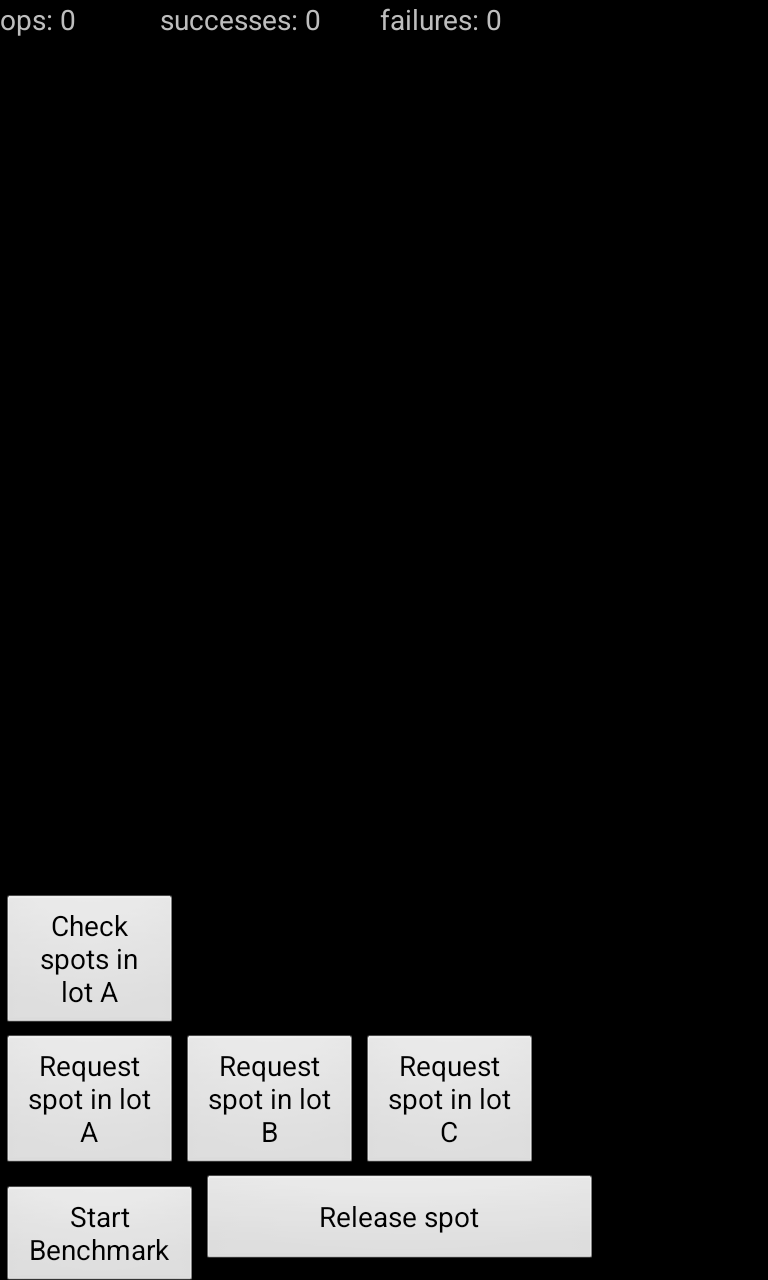
Repository: jasongao/csmcode
Layout: current/workspace/SMCloud/res/layout/main.xml
An editor plug-in stored every save of this project. The layout is shown before and after a run of saves, followed by the edit.
It is drawn on a 768 x 1280 px phone screen (xhdpi) without system bars, with theme android:Theme; the app's code is not run. Lists and similar views that code fills are empty.

Above is the layout before, as saved 2011-07-14 16:16:36.

### current/workspace/SMCloud/res/layout/main.xml
<?xml version="1.0" encoding="utf-8"?>
<LinearLayout xmlns:android="http://schemas.android.com/apk/res/android"
	android:orientation="vertical" android:layout_width="fill_parent"
	android:layout_height="fill_parent">

	<LinearLayout android:layout_width="match_parent"
		android:layout_height="wrap_content" android:id="@+id/CountInfoLayout">
		<TextView android:text="ops: 0" android:layout_height="wrap_content"
			android:id="@+id/opcount_tv" android:layout_width="80dip"></TextView>
		<TextView android:text="successes: 0" android:layout_height="wrap_content"
			android:id="@+id/successcount_tv" android:layout_width="110dip"></TextView>
		<TextView android:text="failures: 0" android:layout_height="wrap_content"
			android:id="@+id/failurecount_tv" android:layout_width="90dip"></TextView>
	</LinearLayout>

	<ListView android:id="@+id/msgList" android:layout_width="fill_parent"
		android:layout_height="fill_parent" android:stackFromBottom="true"
		android:transcriptMode="alwaysScroll" android:layout_weight="1">
	</ListView>

	<LinearLayout android:layout_width="fill_parent"
		android:orientation="horizontal" android:layout_height="wrap_content"
		android:id="@+id/CheckSpotLayout">
		<Button android:layout_height="wrap_content"
	android:layout_width="90dip" android:text="Check spots in lot A"
	android:id="@+id/readparkingA_button"></Button>
	</LinearLayout>

	<LinearLayout android:layout_width="fill_parent"
		android:orientation="horizontal" android:layout_height="wrap_content"
		android:id="@+id/RequestSpotLayout">
		<Button android:layout_height="wrap_content"
			android:layout_width="90dip" android:text="Request spot in lot A"
			android:id="@+id/requestparkingA_button"></Button>
		<Button android:layout_height="wrap_content"
			android:layout_width="90dip" android:text="Request spot in lot B"
			android:id="@+id/requestparkingB_button"></Button>
		<Button android:layout_height="wrap_content"
			android:layout_width="90dip" android:text="Request spot in lot C"
			android:id="@+id/requestparkingC_button"></Button>
	</LinearLayout>

	<LinearLayout android:layout_width="fill_parent"
		android:orientation="horizontal" android:layout_height="wrap_content"
		android:id="@+id/RequestLayout">
		<Button android:layout_height="wrap_content"
			android:layout_width="100dip" android:text="Start Benchmark"
			android:id="@+id/testcsm_button"></Button>
		<Button android:layout_height="wrap_content"
			android:layout_width="200dip" android:text="Release spot"
			android:id="@+id/releaseparking_button"></Button>
	</LinearLayout>

</LinearLayout>

After the next 3 saves:
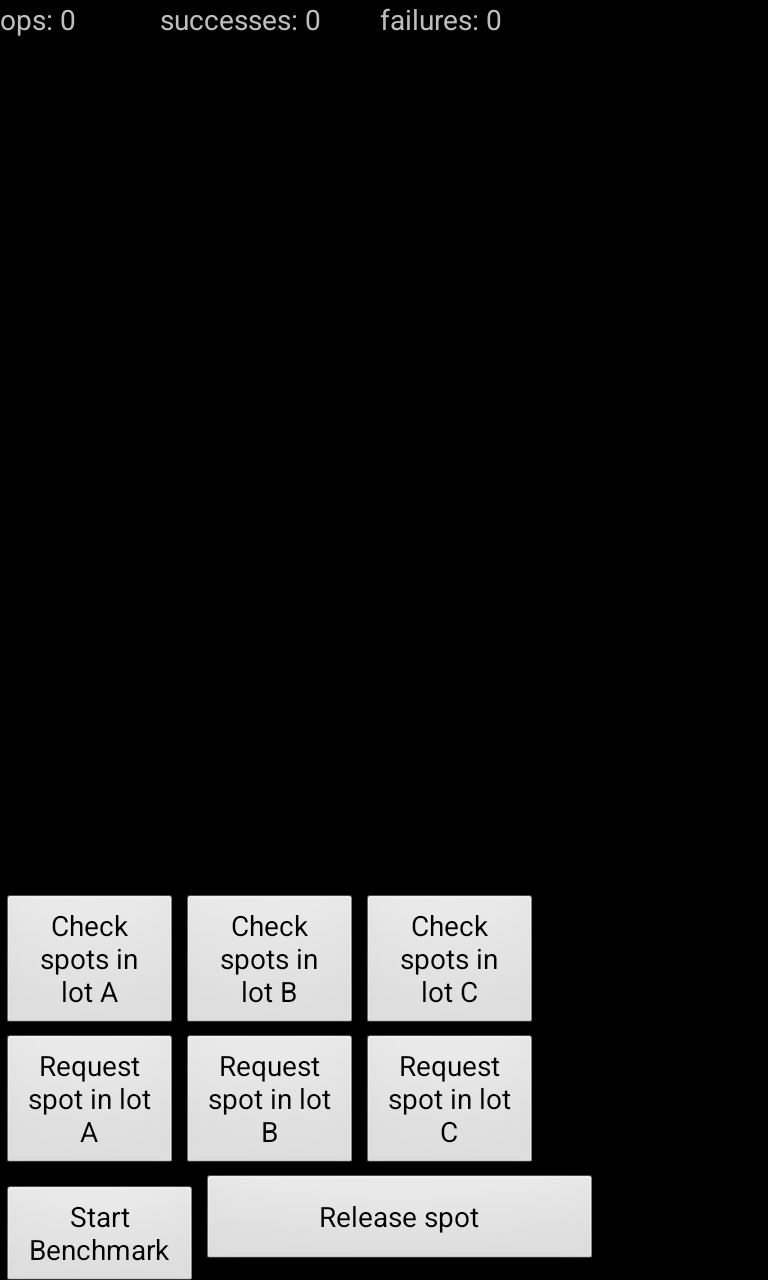
The 3 saves are shown as one change because they came seconds apart.
The last was saved 14 s later.
--- a/current/workspace/SMCloud/res/layout/main.xml
+++ b/current/workspace/SMCloud/res/layout/main.xml
@@ -22,8 +22,14 @@
 		android:orientation="horizontal" android:layout_height="wrap_content"
 		android:id="@+id/CheckSpotLayout">
 		<Button android:layout_height="wrap_content"
-	android:layout_width="90dip" android:text="Check spots in lot A"
-	android:id="@+id/readparkingA_button"></Button>
+			android:layout_width="90dip" android:text="Check spots in lot A"
+			android:id="@+id/readparkingA_button"></Button>
+		<Button android:layout_height="wrap_content"
+			android:layout_width="90dip" android:text="Check spots in lot B"
+			android:id="@+id/readparkingB_button"></Button>
+		<Button android:layout_height="wrap_content"
+			android:layout_width="90dip" android:text="Check spots in lot C"
+			android:id="@+id/readparkingC_button"></Button>
 	</LinearLayout>
 
 	<LinearLayout android:layout_width="fill_parent"
